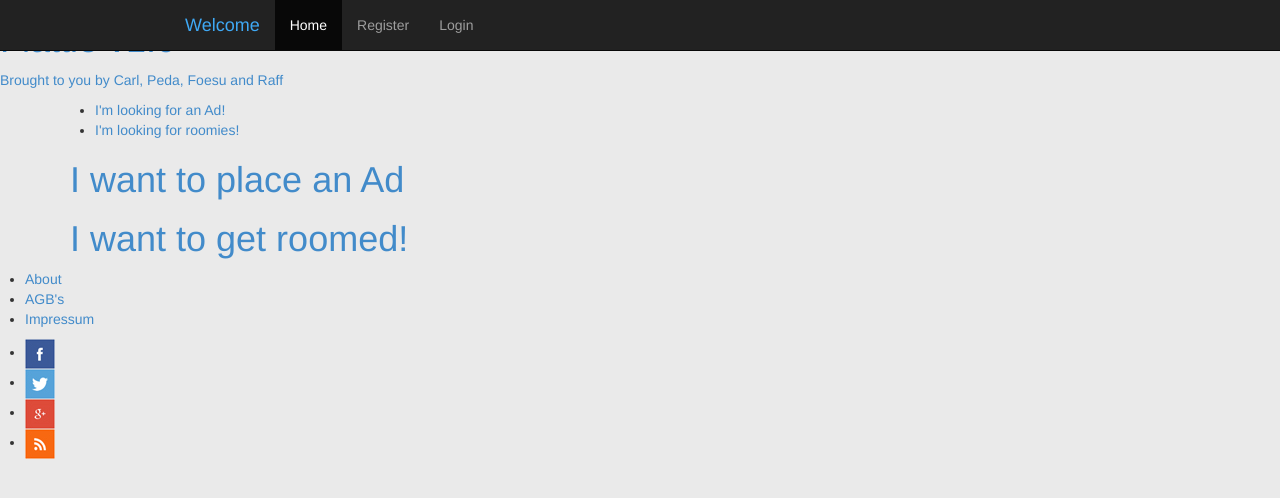
Repository: ese-unibe-ch/ese2014-team2
Page: http://localhost/Skeleton/pages/index.jsp
These files come from the project's save history. The page is drawn as it stood at one moment and after the next save; the edit follows.
The browser window is 1280 px wide. The pictures show the whole page.
Some web libraries are served in a nearby version. The page is served by Tomcat 9. Nobody is signed in. The application's start-up code is not run. The template is opened directly, without the code that normally fills it, so the values that code supplies are empty.

Above is the page before, as saved 2014-10-30 14:10:05.
Console error (its wording comes from the project's code and is left out).

After the next save:
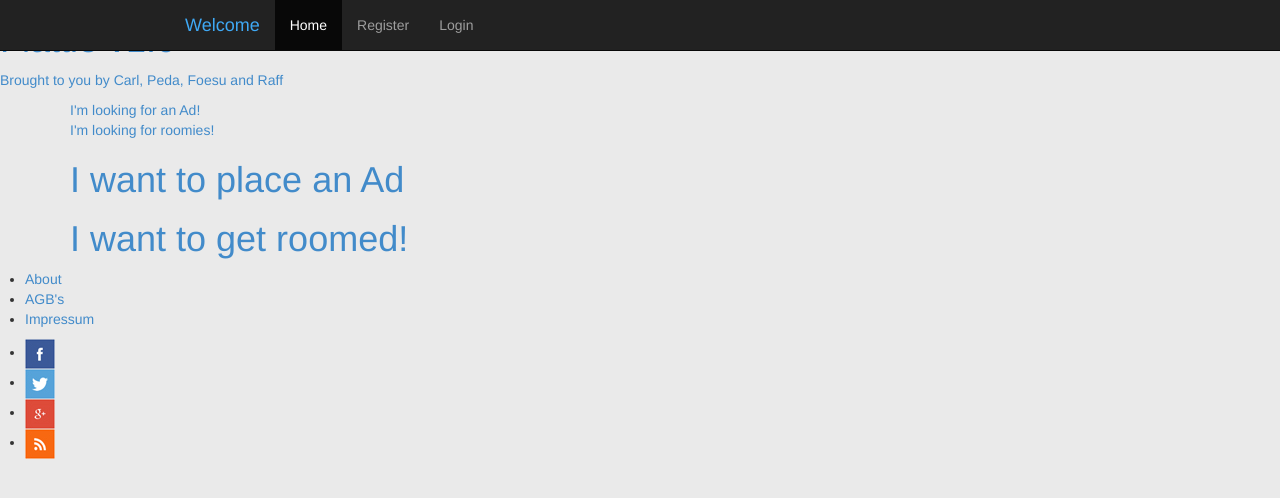
Saved 3 min 28 s later.
--- a/Skeleton/src/main/webapp/pages/index.jsp
+++ b/Skeleton/src/main/webapp/pages/index.jsp
@@ -9,22 +9,20 @@
 <c:import url="template/header.jsp" />
 
 
-	<ul class="main_button_big">
-		<li>
+
 			<a href="ads">
 				<div class="main_button">
 					<span>I'm looking for an Ad!</span>
 				</div>
 			</a>
-		</li>
-		<li>
+
+
 			<a href="">
 				<div class="main_button">
         			<span>I'm looking for roomies!</span>
         		</div>
 			</a>
-		</li>
-	</ul>
+
 
 
 		<a href="placead">
